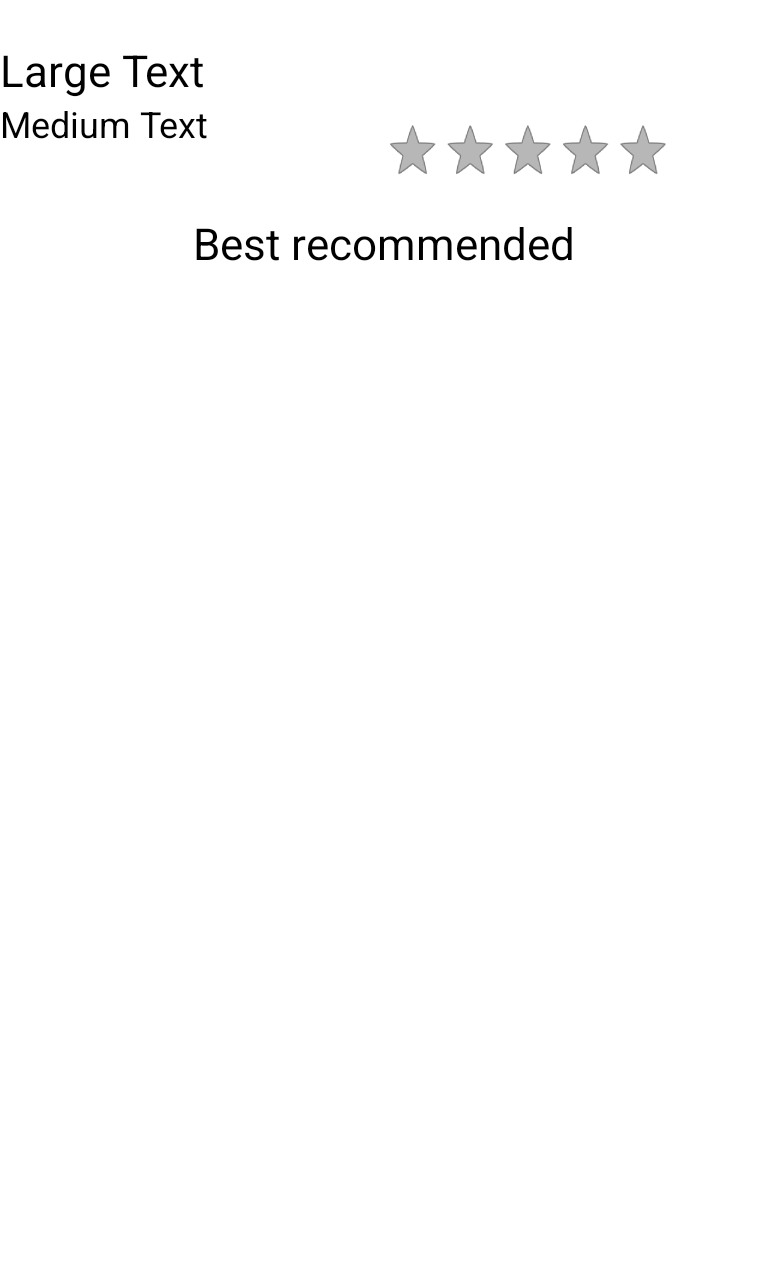
Repository: yash256/atnt
Layout: Farmdroid/res/layout/market_details.xml
An editor plug-in stored every save of this project. The layout is shown before and after the next save, followed by the edit.
It is drawn on a 768 x 1280 px phone screen (xhdpi) without system bars, with theme AppTheme; the app's code is not run. Lists and similar views that code fills are empty.

Above is the layout before, as saved 2014-11-10 04:37:03.

After the next save:
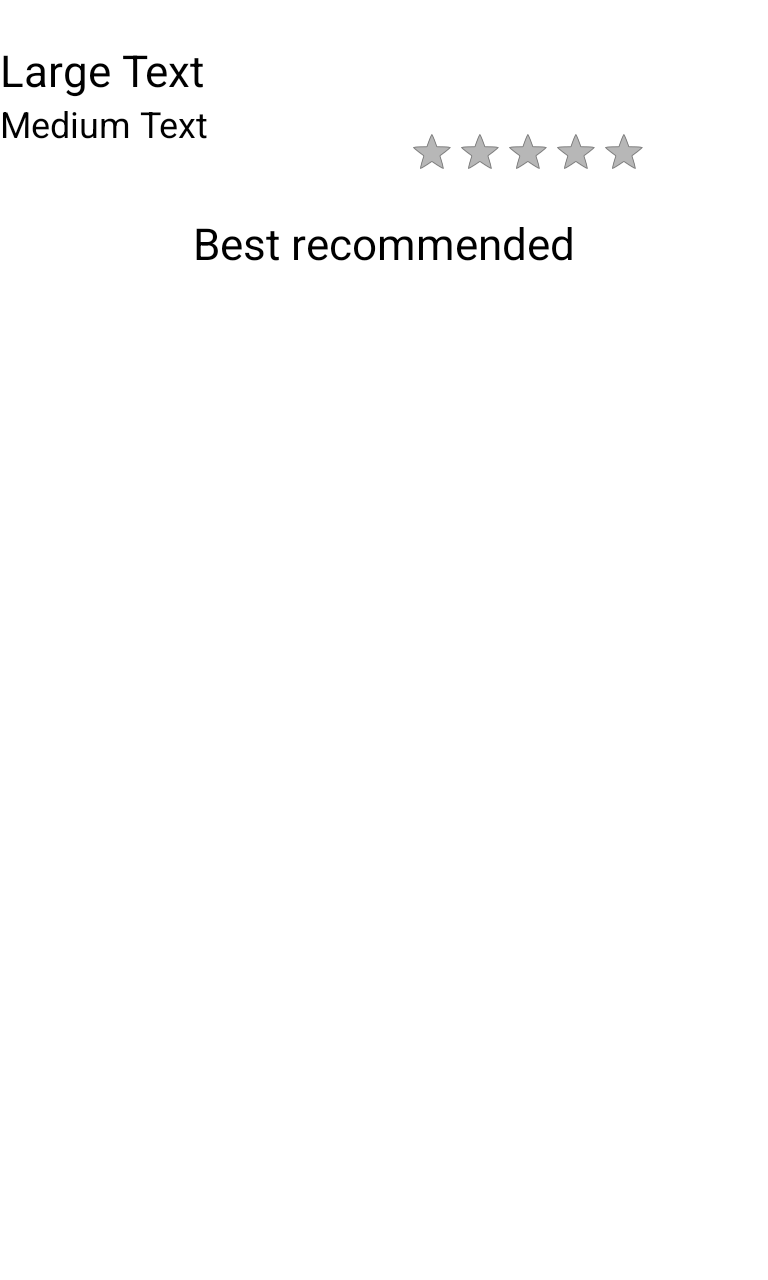
Saved 41 s later.
--- a/Farmdroid/res/layout/market_details.xml
+++ b/Farmdroid/res/layout/market_details.xml
@@ -32,8 +32,8 @@
         android:id="@+id/ratingBar1"
         android:layout_columnSpan="4"
         android:layout_gravity="right"
-        android:scaleX="0.6"
-        android:scaleY="0.7" />
+        android:scaleX="0.5"
+        android:scaleY="0.5" />
 
     <TextView
         android:id="@+id/top_items_header"
